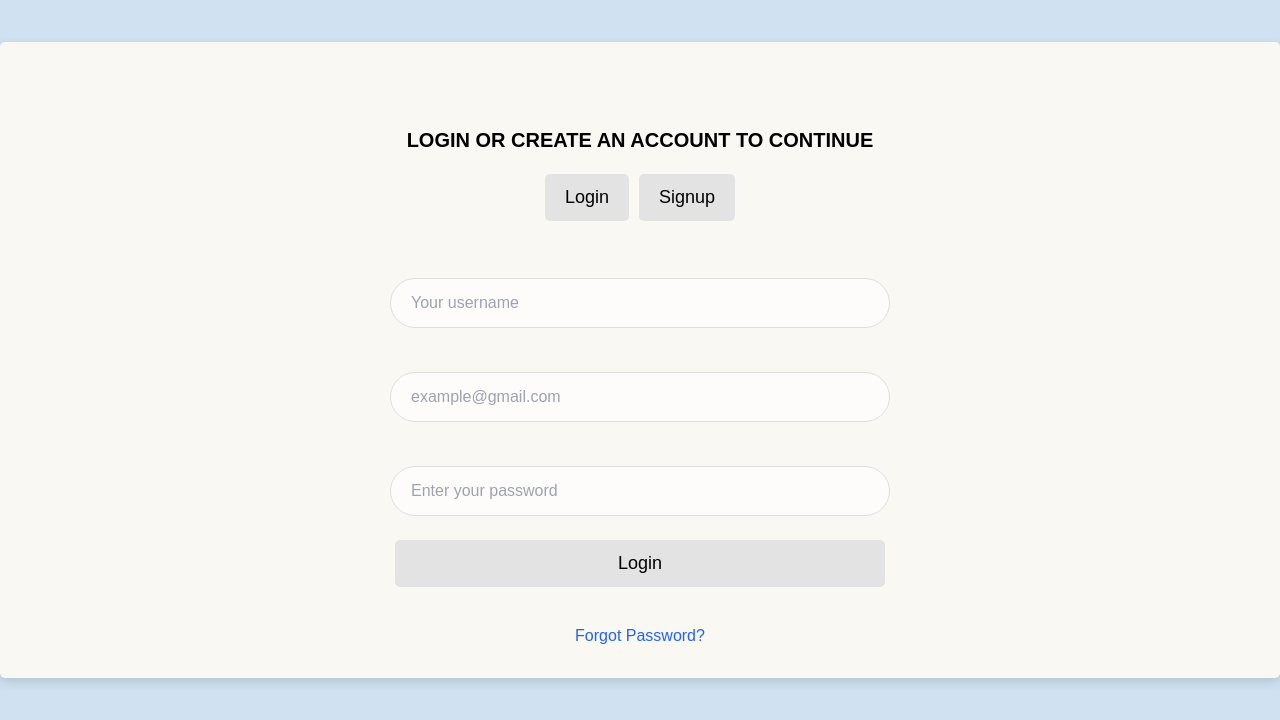
Repository: Kagisho96/react-firebase-blog-app
Page: /
An editor plug-in stored every save of this project. The page is shown before and after a run of saves, followed by the edit.
The browser window is 1280 px wide. The pictures show the whole page.
Some web libraries are served in a nearby version. The project was rebuilt for these pictures with package versions that can differ from the ones it lists, and the page was loaded fresh each time. Also part of the build but not shown: vite.config.js, src/components/Header.jsx, src/views/AddBookPage.jsx, src/components/Notes.jsx, src/views/SingleBookPage.jsx.

Above is the page before, as saved 2024-02-10 02:00:54.

After the next 7 saves:
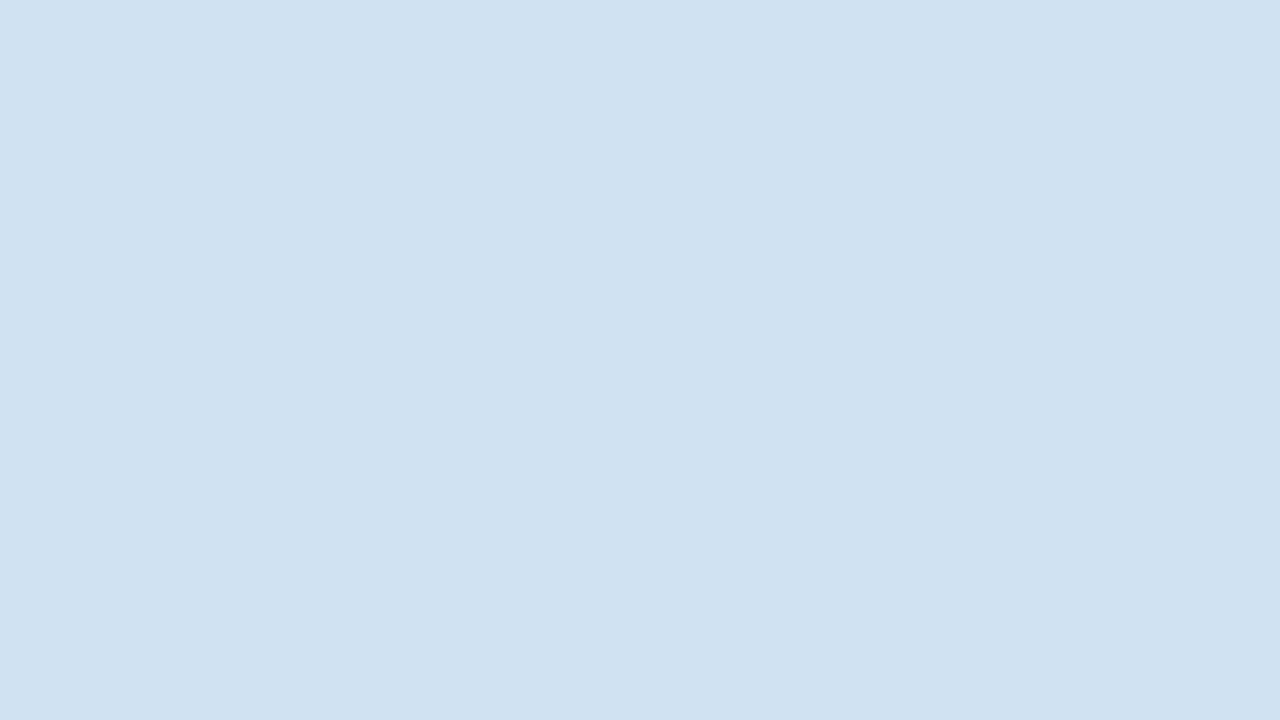
Console error: TypeError: Cannot read properties of undefined (reading 'users')
The 7 saves are shown as one change because 2 did not build or start and some came seconds apart.
The last was saved 57 s later.
--- a/src/App.jsx
+++ b/src/App.jsx
@@ -7,6 +7,7 @@
 // import BooksPage from './views/BooksPage.jsx';
 
 function App() {
+  const user = selectUsers();
 
   return (
     <>

After the save that followed:
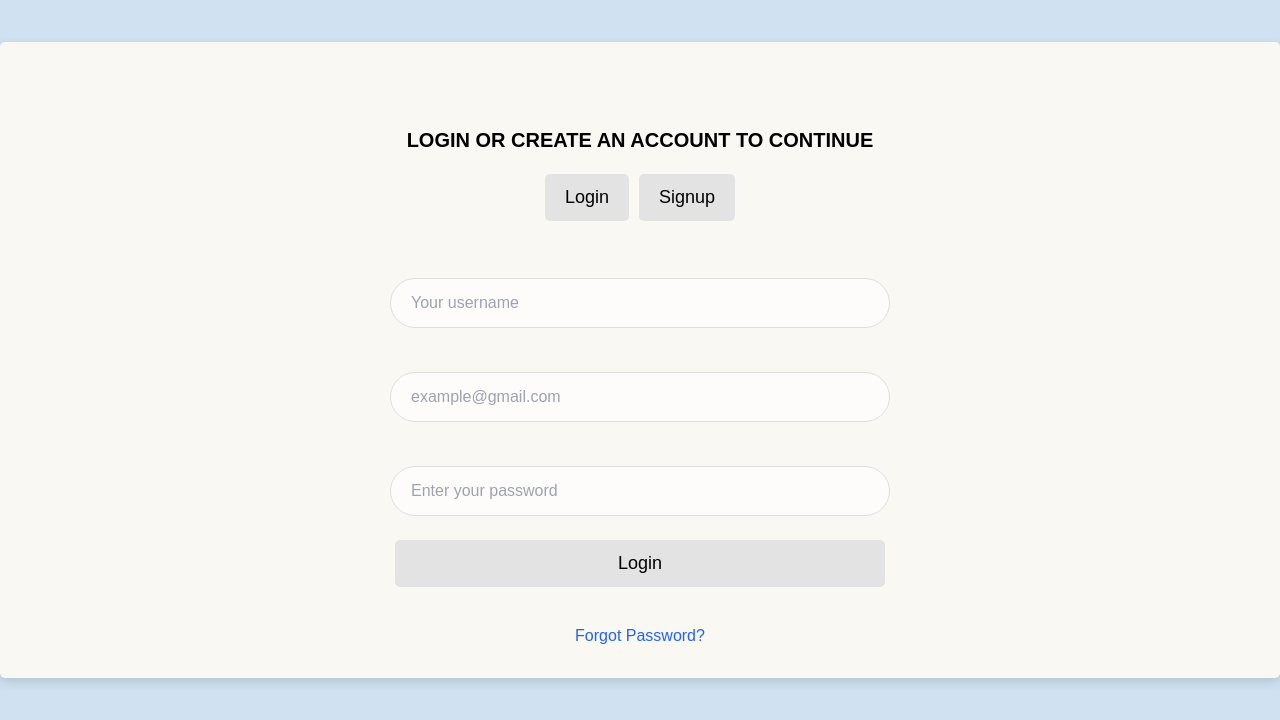
The error is gone.
Saved 36 s later.
--- a/src/App.jsx
+++ b/src/App.jsx
@@ -7,7 +7,7 @@
 // import BooksPage from './views/BooksPage.jsx';
 
 function App() {
-  const user = selectUsers();
+  const user = selectUsers(selectUsers);
 
   return (
     <>
